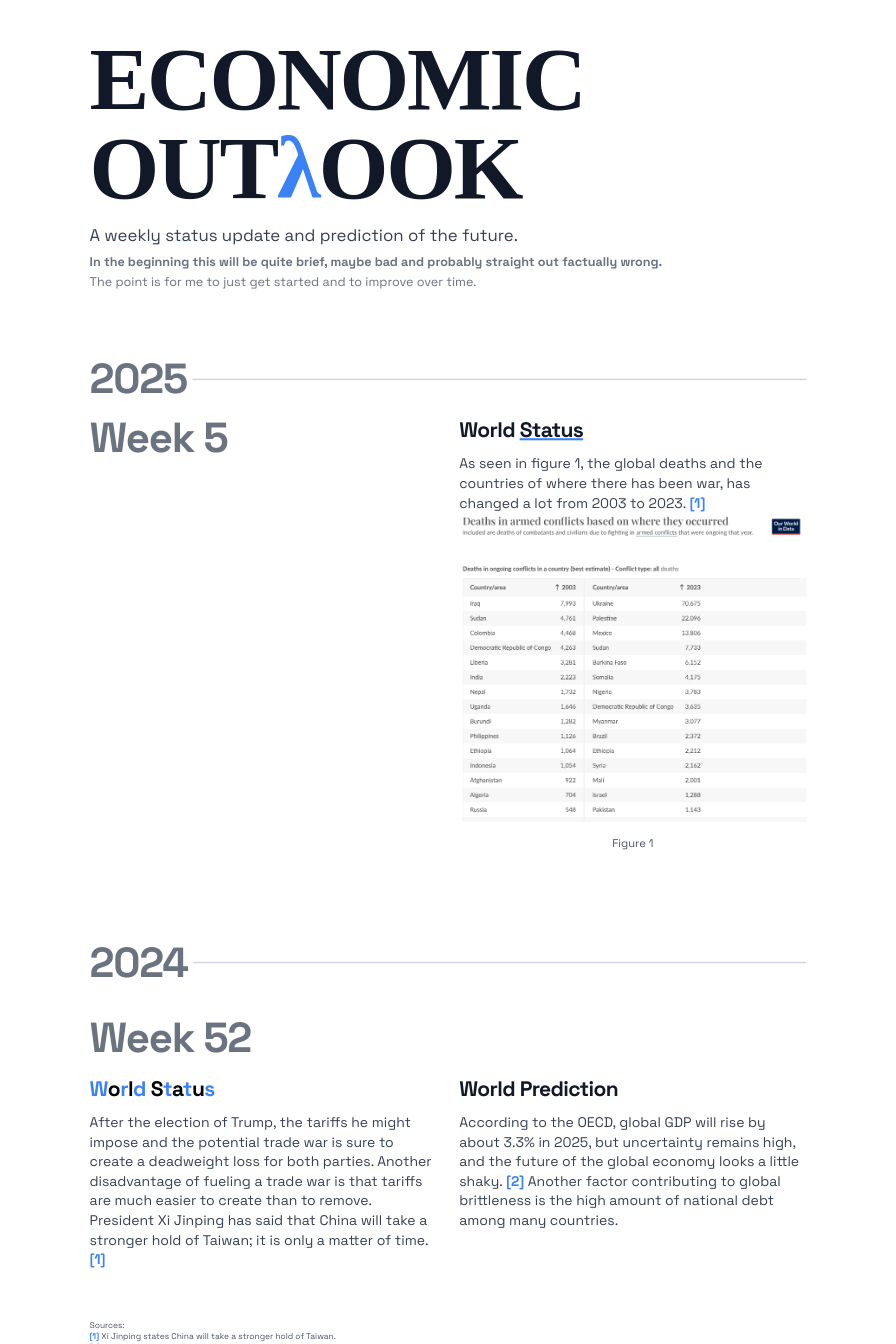
Repository: Larshalvorhansen/personalWebsite
Page: content/economicOutlook.html
An editor plug-in stored every save of this project. The page is shown before and after the next save, followed by the edit.
The browser window is 1280 px wide. The pictures show the part of the page from y = 0 to 1920 px (the page is 3273 px tall before and 3337 px after), at 70% of full size.
A picture or video elsewhere on the page could not be fetched, so the positions and the page height are approximate. Some web fonts or font styles are not loaded; a fallback is used. Some web libraries are served in a nearby version.

Above is the page before, as saved 2025-02-06 15:55:53.

### content/economicOutlook.html
<!DOCTYPE html>
<html lang="en">

<head>
    <meta charset="UTF-8">
    <meta name="viewport" content="width=device-width, initial-scale=1.0">
    <title>Economic Outλook</title>
    <script src="https://cdn.tailwindcss.com"></script>
    <link href="https://fonts.googleapis.com/css2?family=Bentham&family=Space+Grotesk:wght@400;700&display=swap"
        rel="stylesheet">
    <link rel="apple-touch-icon" sizes="180x180" href="/apple-touch-icon.png">
    <link rel="icon" type="image/png" sizes="32x32" href="/favicon-32x32.png">
    <link rel="icon" type="image/png" sizes="16x16" href="/favicon-16x16.png">
    <link rel="manifest" href="/site.webmanifest">
    <style>
        body {
            font-family: 'Space Grotesk', sans-serif;
        }

        h1.title {
            font-family: 'Bentham', serif;
        }

        h1,
        h2,
        h3 {
            letter-spacing: -0.03em;
        }

        .vertical-text {
            writing-mode: vertical-rl;
            transform: rotate(180deg);
            font-weight: 700;
            letter-spacing: 0.1em;
            text-transform: uppercase;
        }

        /* Custom Margins for Superwide Layouts */
        @media (min-width: 1600px) {
            .superwide {
                max-width: 1400px;
                margin-left: auto;
                margin-right: auto;
            }
        }
    </style>
</head>
<!--HER I Script LIGGER MALEN FOR HVER UKE. Bruk den for hver uke.-->
<script>
    /*
    Here’s the commented-out version of your HTML code:

<!--
<div class="grid grid-cols-1 md:grid-cols-2 gap-8">
    <h2 class="text-4xl md:text-6xl font-bold text-gray-500 mb-6">
        Week n
    </h2>
    <!-- World Status -->
    <div>
        <h3 class="text-2xl md:text-3xl font-bold mb-4">
            World <span style="text-decoration: underline; text-decoration-color: #3b82f6;">Status</span>
        </h3>
        <p class="text-base md:text-xl leading-relaxed text-gray-700">
            Lorem Lorem Lorem omg jeg elsker lorem lorem lorem <a
                href="https://ourworldindata.org/grapher/countries-democracies-autocracies-row?facet=none"
                class="text-blue-500 font-bold">[1]</a><br>
        </p>
        <figure class="flex flex-col items-center my-6">
            <img src="https://upload.wikimedia.org/wikipedia/commons/1/11/Democracy_Index_2022.svg"
                alt="Democracy Index 2022 map" class="w-full md:w-auto h-auto">
            <figcaption class="text-gray-600 text-center mt-4">
                FigCaptiron fdshjkfdsjfhkdshfjhdskdf
            </figcaption>
        </figure>
    </div>
    <!--World Prediction-- >
        <div>
            <h3 class="text-2xl md:text-3xl font-bold mb-4">
                World Prediction
            </h3>
            <p class="text-base md:text-xl leading-relaxed text-gray-700">
                Blablabla<a href="https://www.ipcc.ch/report/ar6/wg1/figures/chapter-9/faq-9-3-figure-1"
                    class="text-blue-500 font-bold">[2]</a><br><br>
                        Lorem ipsum
                    </p>
                </div>
                <!-- Sources -->
                <div class="text-xs text-gray-600 mt-6">
                    <br>Sources:
                        <br><a href="https://ourworldindata.org/grapher/countries-democracies-autocracies-row?facet=none"
                            class="text-blue-500 font-bold">[1]</a>Lorem
                        </div>
                        <br>
                            <br>
                            </div>
-->*/
</script>

<body class="bg-white text-gray-900">

    <!-- Header -->
    <header class="px-6 md:px-12 lg:px-20 xl:px-32 py-12 superwide">
        <h1 class="title text-5xl md:text-7xl lg:text-9xl font-bold leading-tight tracking-tight uppercase">
            Economic Out<span class="text-blue-500 lowercase">λ</span>ook
        </h1>
        <p class="mt-4 text-lg md:text-2xl text-gray-700">
            A weekly status update and prediction of the future.
        </p>
        <p class="text-sm md:text-lg text-gray-500 mt-2">
            <b>In the beginning this will be quite brief, maybe bad and probably straight out factually wrong.</b> <br>
            The point is for me to just get started and to improve over time.
        </p>
    </header>

    <!-- Main Content -->
    <main class="px-6 md:px-12 lg:px-20 xl:px-32 py-12 space-y-16 superwide">
        <section class="relative">
            <!-- 2025 divider -->
            <div class="flex items-center space-x-2 mb-6">
                <h2 class="text-4xl md:text-6xl font-bold text-gray-500">
                    2025
                </h2>
                <div class="flex-grow border-t-2 border-gray-300"></div>
                <br>
            </div>
            <div class="grid grid-cols-1 md:grid-cols-2 gap-8">
                <h2 class="text-4xl md:text-6xl font-bold text-gray-500 mb-6">
                    Week 5
                    <br>
                </h2>
                <!-- World Status -->
                <div>
                    <h3 class="text-2xl md:text-3xl font-bold mb-4">
                        World <span style="text-decoration: underline; text-decoration-color: #3b82f6;">Status</span>
                    </h3>
                    <p class="text-base md:text-xl leading-relaxed text-gray-700">
                        As seen in figure 1, the global deaths and the countries of where there has been war, has
                        changed a lot from 2003 to
                        2023. <a
                            href="https://ourworldindata.org/grapher/countries-democracies-autocracies-row?facet=none"
                            class="text-blue-500 font-bold">[1]</a><br>
                        <img src="DeathInArmedConflicts2023vs2003.png" alt="Democracy Index 2022 map"
                            class="w-full md:w-auto h-auto">
                    <figcaption class="text-gray-600 text-center mt-4">
                        Figure 1
                    </figcaption>
                    </p>
                    <figure class="flex flex-col items-center my-6">

                    </figure>
                </div>
                <!-- World Prediction -->
                <!-- <div>
                    <h3 class="text-2xl md:text-3xl font-bold mb-4">
                        World Prediction
                    </h3>
                    <p class="text-base md:text-xl leading-relaxed text-gray-700">
                        Blablabla<a href="https://www.ipcc.ch/report/ar6/wg1/figures/chapter-9/faq-9-3-figure-1"
                            class="text-blue-500 font-bold">[2]</a><br><br>
                        Lorem ipsumrem ipsumrem ipsumrem ipsumrem ipsumrem ipsumrem ipsumrem ipsumrem ipsumrem ipsumrem
                        ipsumrem ipsumrem ipsumrem ipsumrem ipsumrem ip
                        sumrem ipsumrem ipsumrem ipsumrem ipsumrem ipsumrem ipsumrem ipsumrem ipsumrem ipsumrem ipsumrem
                        ipsumrem ipsumrem ipsum
                    </p>
                </div> -->
                <!-- Sources -->
                <!-- <div class="text-xs text-gray-600 mt-6">
                    <br>Sources:
                    <br><a href="https://ourworldindata.org/grapher/countries-democracies-autocracies-row?facet=none"
                        class="text-blue-500 font-bold">[1]</a>Lorem
                </div> -->
                <br>
                <br>
            </div>

            <!-- 2024 divider-->
            <div class="flex items-center space-x-2 mb-6">
                <h2 class="text-4xl md:text-6xl font-bold text-gray-500">2024</h2>
                <div class="flex-grow border-t-2 border-gray-300"></div>
            </div>
            <!-- Week 52 -->
            <div>
                <br>
                <h2 class="text-4xl md:text-6xl font-bold text-gray-500 mb-6">
                    Week 52
                </h2>
                <div class="grid grid-cols-1 md:grid-cols-2 gap-8">
                    <!-- World Status -->
                    <div>
                        <h3 class="text-2xl md:text-3xl font-bold mb-4 tracking-tight">
                            <div><span class="text-blue-500">W</span><span class="text-black">o</span><span
                                    class="text-blue-500">r</span><span class="text-black">l</span><span
                                    class="text-blue-500">d</span><span> </span><span class="text-black">S</span><span
                                    class="text-blue-500">t</span><span class="text-black">a</span><span
                                    class="text-blue-500">t</span><span class="text-black">u</span><span
                                    class="text-blue-500">s</span>
                            </div>
                        </h3>
                        <p class="text-base md:text-xl leading-relaxed text-gray-700">
                            After the election of Trump, the tariffs he might impose and the potential trade war is
                            sure to create a deadweight loss for both parties.
                            Another disadvantage of fueling a trade war is that tariffs are much easier to create than
                            to
                            remove.

                            President Xi Jinping has said that China will take a stronger hold of Taiwan; it is only a
                            matter of time.<a
                                href="https://edition.cnn.com/2019/01/02/asia/xi-jinping-taiwan-tsai-intl/index.html"
                                class="text-blue-500 font-bold">[1]</a>

                        </p>
                    </div>
                    <!-- World Prediction -->
                    <div>
                        <h3 class="text-2xl md:text-3xl font-bold mb-4">
                            World Prediction
                        </h3>
                        <p class="text-base md:text-xl leading-relaxed text-gray-700">
                            According to the OECD, global GDP will rise by about 3.3% in 2025, but uncertainty remains
                            high,
                            and the future of the global economy looks a little shaky. <a
                                href="https://doi.org/10.1787/d8814e8b-en" class="text-blue-500 font-bold">[2]</a>
                            Another factor contributing to global brittleness is the high amount of national debt among
                            many
                            countries.
                        </p>
                    </div>
                    <!-- Sources -->
                    <div class="text-xs text-gray-600 mt-6">
                        <br>Sources:
                        <br><a href="https://edition.cnn.com/2019/01/02/asia/xi-jinping-taiwan-tsai-intl/index.html"
                            class="text-blue-500 font-bold">[1]</a> Xi Jinping states China will take a stronger hold of
                        Taiwan.
                        <br><a href="https://doi.org/10.1787/d8814e8b-en" class="text-blue-500 font-bold">[2]</a> OECD
                        predicts global GDP will rise by 3.3% in 2025 despite high uncertainty.
                    </div>
                </div>
                <br>
                <br>
                <br>
            </div>
            <!-- Week 51 -->
            <div>
                <h2 class="text-4xl md:text-6xl font-bold text-gray-500 mb-6">
                    Week 51
                </h2>
                <div class="grid grid-cols-1 md:grid-cols-2 gap-8">
                    <!-- World Status -->
                    <div>
                        <h3 class="text-2xl md:text-3xl font-bold mb-4">
                            World <span class="text-blue-500">Status</span>
                        </h3>
                        <p class="text-base md:text-xl leading-relaxed text-gray-700">
                            The US currently has the highest total GDP ($29 trillion) followed by China (18) and Germany
                            (4). Donald J. Trump is the world's most powerful world leader. The rate of human pollution
                            is
                            still much higher than what is necessary for benefiting humanity in the medium and long
                            term.
                            However, carbon-cutting initiatives are on the rise although they often don't meet the
                            promised
                            target nor the amount necessary (although what is necessary is subjective, of course).
                            <br><br>
                            The total share of democracies in the world peaked in 2010 at around 50% of the world's
                            countries and seems to have been declining slightly from 2017 until now. <a
                                href="https://ourworldindata.org/grapher/countries-democracies-autocracies-row?facet=none"
                                class="text-blue-500 font-bold">[1]</a><br>
                        </p>
                        <figure class="flex flex-col items-center my-6">
                            <img src="https://upload.wikimedia.org/wikipedia/commons/1/11/Democracy_Index_2022.svg"
                                alt="Democracy Index 2022 map" class="w-full md:w-auto h-auto">
                            <figcaption class="text-gray-600 text-center mt-4">
                                Democracy Index 2022: A global perspective on democratic governance. Image from
                                Wikimedia
                                Commons
                            </figcaption>
                        </figure>
                    </div>
                    <!-- World Prediction -->
                    <div>
                        <h3 class="text-2xl md:text-3xl font-bold mb-4">
                            World Prediction
                        </h3>
                        <p class="text-base md:text-xl leading-relaxed text-gray-700">
                            The Gulf Stream will, with a very high certainty, stop flowing within the next 10-15 years.
                            This
                            will cause the average yearly temperature of the northern European coastal countries to be
                            considerably lower (from around 5-10 degrees Celsius). <a
                                href="https://www.ipcc.ch/report/ar6/wg1/figures/chapter-9/faq-9-3-figure-1"
                                class="text-blue-500 font-bold">[2]</a><br><br>
                            Intel will almost go down under, causing non-Asian chip production to become critically low
                            as
                            there are only three main producers: TSMC, Samsung, and Intel. This is only the tip of the
                            iceberg for the US, however, as it will soon be slung into a great economic downfall. With
                            Trump's aggressive/chaotic macroeconomic policy, there is a higher probability that it will
                            happen sooner rather than later.<a
                                href="https://www.amazon.com/Changing-World-Order-Nations-Succeed/dp/1982160276"
                                class="text-blue-500 font-bold">[3]</a> The West will feel a strong incentive to invest
                            in a
                            new semiconductor fab as China takes military control of TSMC and Taiwan (a disputed
                            country) in
                            general. It is noteworthy to mention here, however, that TSMC relies heavily on machines
                            from
                            ASML, a Dutch company.
                        </p>
                    </div>
                    <!-- Sources -->
                    <div class="text-xs text-gray-600 mt-6">
                        <br>Sources:
                        <br><a
                            href="https://ourworldindata.org/grapher/countries-democracies-autocracies-row?facet=none"
                            class="text-blue-500 font-bold">[1]</a> Global democracies peaked in 2010, declining
                        slightly
                        since 2017.
                        <br><a href="https://www.ipcc.ch/report/ar6/wg1/figures/chapter-9/faq-9-3-figure-1"
                            class="text-blue-500 font-bold">[2]</a> Gulf Stream likely to stop within 10-15 years,
                        cooling
                        Europe.
                        <br><a href="https://www.amazon.com/Changing-World-Order-Nations-Succeed/dp/1982160276"
                            class="text-blue-500 font-bold">[3]</a> Intel's decline may threaten non-Asian chip
                        production;
                        geopolitical risks loom.
                    </div>
                </div>
            </div>
        </section>

    </main>

    <!-- Footer -->
    <footer class="px-6 md:px-12 lg:px-20 xl:px-32 py-12 superwide">
        <p class="text-xs md:text-sm text-gray-600">
            2024 Economic Out<span class="text-blue-600">λ</span>ook. All rights <a
                href="https://www.pngpacks.com/uploads/data/2162/IMG_mdugW0ZKKpxn.png"
                class="text-blue-500 font-bold">reversed</a>.
        </p>
    </footer>

</body>

</html>

After the next save:
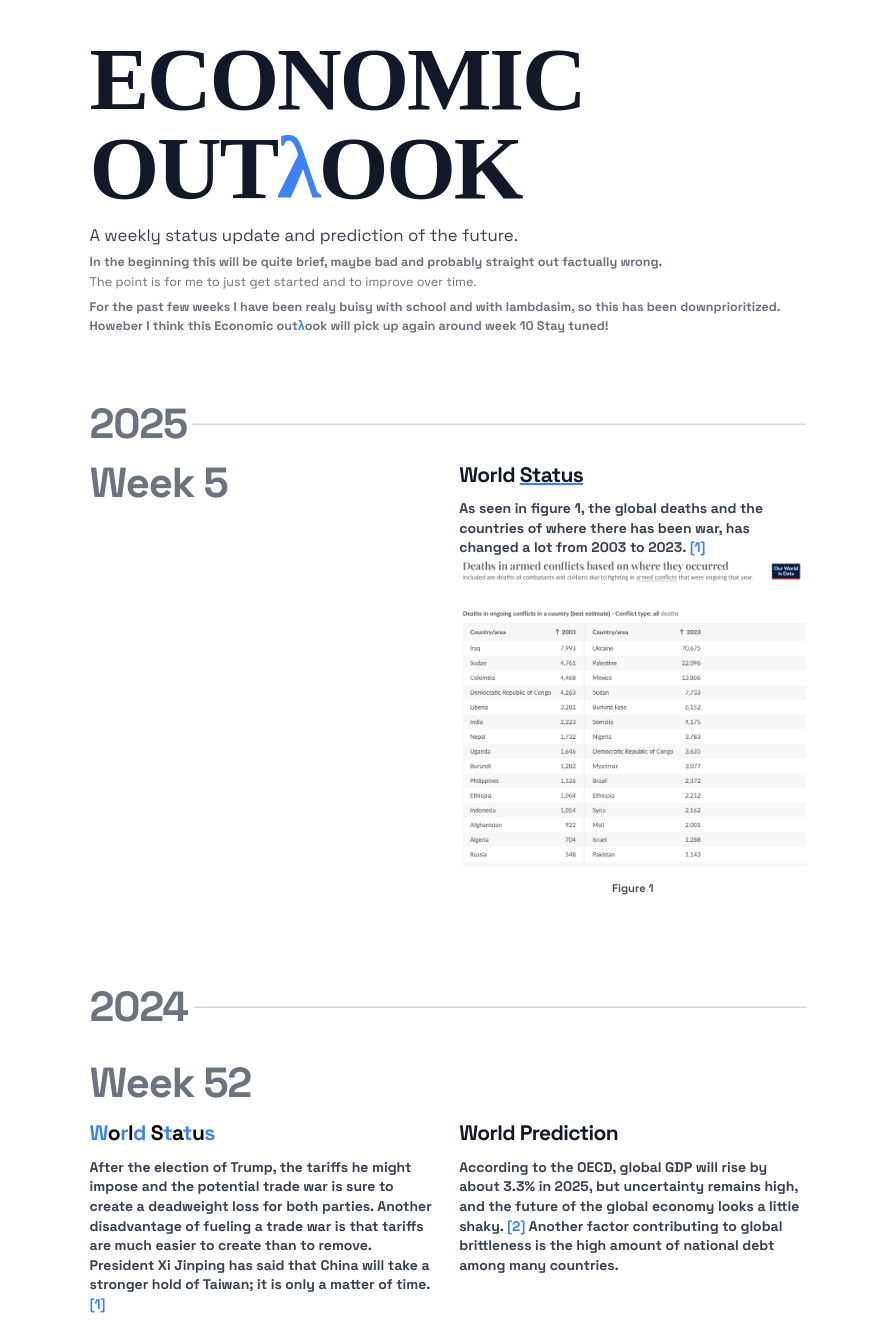
Saved 2 min 3 s later.
--- a/content/economicOutlook.html
+++ b/content/economicOutlook.html
@@ -110,6 +110,13 @@
             <b>In the beginning this will be quite brief, maybe bad and probably straight out factually wrong.</b> <br>
             The point is for me to just get started and to improve over time.
         </p>
+        <p class="text-sm md:text-lg text-gray-500 mt-2">
+            <b>For the past few weeks I have been realy buisy with school and with lambdasim, so this has been
+                downprioritized.
+                Howeber I think this Economic out<span class="text-blue-500 lowercase">λ</span>ook will pick up again
+                around week 10 Stay tuned!
+        </p>
+
     </header>
 
     <!-- Main Content -->
